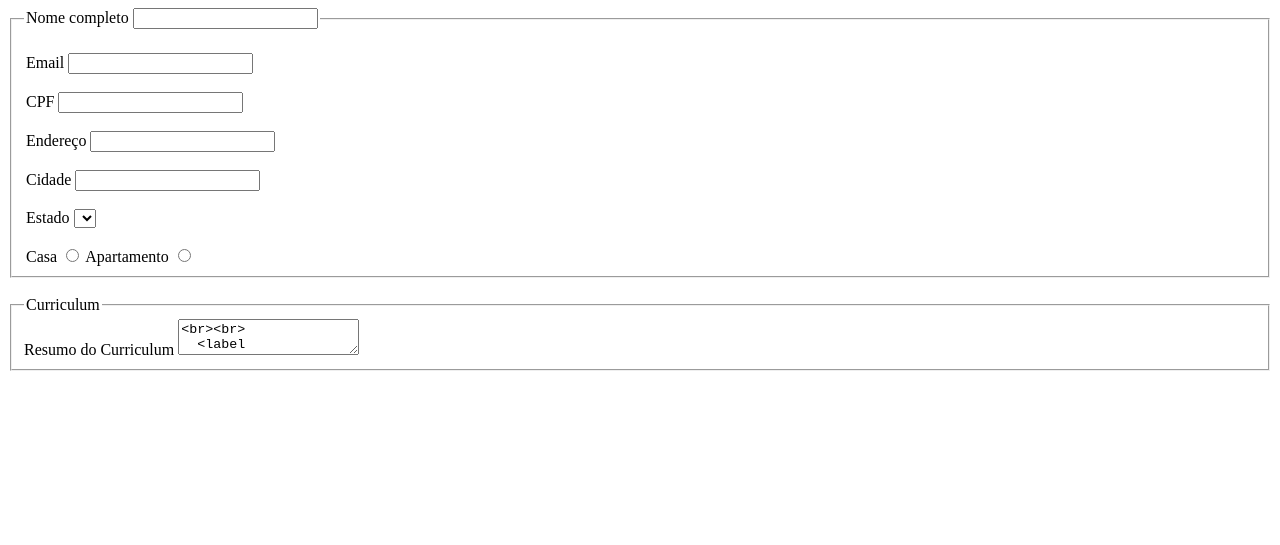
Repository: Parker9309/-trybe-exercises
Page: exercises/exercises-bloco6/html-e-css-forms-flexbox-e-responsivo_1/index.html
These files come from the project's save history. The page is drawn as it stood at one moment and after the next save; the edit follows.
The browser window is 1280 px wide. The pictures show the whole page.

Above is the page before, as saved 2021-03-16 20:18:30.

### exercises/exercises-bloco6/html-e-css-forms-flexbox-e-responsivo_1/index.html
<!DOCTYPE html>
<html lang="pt-br">
<head>
  <meta charset="UTF-8">
  <meta http-equiv="X-UA-Compatible" content="IE=edge">
  <meta name="viewport" content="width=device-width, initial-scale=1.0">
  <title>Document</title>
</head>
<body>
  <form>
    <div id="forms">
    <fieldset>
      <legend>
        <label form="nome"> Nome completo
          <input type = "text" name="nome" id="nome" maxlength="40" required>
        </label>
      </legend>

  <br>

    <legend>
      <label form="mail"> Email
        <input type = "text" name="nome" id="mail" maxlength="50" required>
      </label>
    </legend>

  <br>

    <legend>
      <label form="cpf"> CPF
        <input type = "text" name="nome" id="cpf" maxlength="11" required>
      </label>
    </legend>

<br>

  <legend>
    <label form="nome"> Endereço
      <input type = "text" name="nome" id="endereço" maxlength="200" required>
    </label>
  </legend>

<br>

  <legend>
    <label form="nome"> Cidade
      <input type = "text" name="nome" id="city" maxlength="28" required>
    </label>
  </legend>

<br>

  <legend>
    <label form="nome"> Estado
      <select name="nome" id="estados" required>
    </label>
  </legend>

<br>

  <legend>
    <label form="nome"> Estado
      <select name="nome" id="estados" required>
    </label>
  </legend>

<br>

  <legend>
      <label form="nome">Casa</label>
      <input type="radio" name="nome" id="Moradia" required>
      <label form="nome">Apartamento</label>
      <input type="radio" name="nome" id="Moradia" required>
  </legend>
</fieldset>
<br>
<fieldset>
  <legend>Curriculum</legend>
  <label for="fname">Resumo do Curriculum</label>
  <textarea type="text" id="fname" name="fname"><br><br>
  <label for="lname">Last name:</label>
  <input type="text" id="lname" name="lname"><br><br>
  <label for="email">Email:</label>
  <input type="email" id="email" name="email"><br><br>
  <label for="birthday">Birthday:</label>
  <input type="date" id="birthday" name="birthday"><br><br>
  <input type="submit" value="Submit">
</fieldset>
</div>
</form>
<script src = "script.js"></script>
</body>
</html>

### exercises/exercises-bloco6/html-e-css-forms-flexbox-e-responsivo_1/script.js
let opcoes = document.getElementById('estados');
function criarOpcoes() {
  let estadosBr = ['AC', 'AL', 'AP','AM', 'BA','CE', 'DF',
  'ES', 'GO', 'MA', 'MT', 'MS', 'MG', 'PA', 'PB', 'PR','PE', 'PI', 'RJ', 'RN', 'RS', 'RO', 'RR', 'SC', 'SP', 'SE', 'TO'];
  for (let stateIndex = 0; stateIndex < estadosBr.length; stateIndex += 1) {
    let opcao = document.createElement('option');
    opcao.value = estadosBr[stateIndex].toLowerCase();
    opcao.id = 'estados';
    opcao.innerHTML = estadosBr[stateIndex];
    opcoes.appendChild(opcao);
  }
}
criarOpcoes()

After the next save:
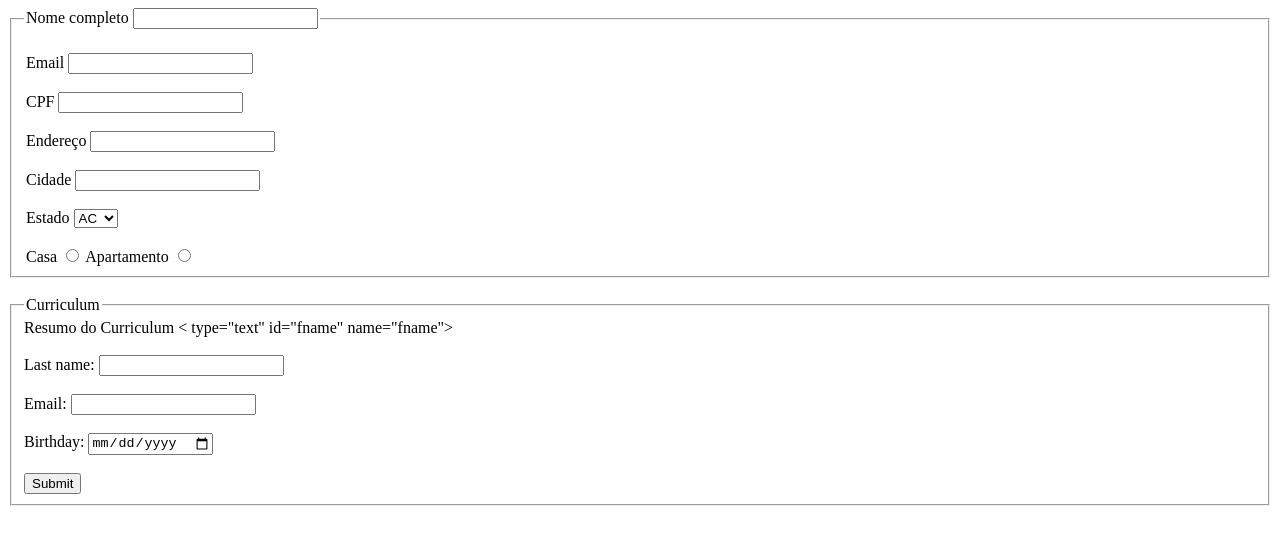
Saved 17 s later.
--- a/exercises/exercises-bloco6/html-e-css-forms-flexbox-e-responsivo_1/index.html
+++ b/exercises/exercises-bloco6/html-e-css-forms-flexbox-e-responsivo_1/index.html
@@ -77,7 +77,7 @@
 <fieldset>
   <legend>Curriculum</legend>
   <label for="fname">Resumo do Curriculum</label>
-  <textarea type="text" id="fname" name="fname"><br><br>
+  < type="text" id="fname" name="fname"><br><br>
   <label for="lname">Last name:</label>
   <input type="text" id="lname" name="lname"><br><br>
   <label for="email">Email:</label>

After the save that followed:
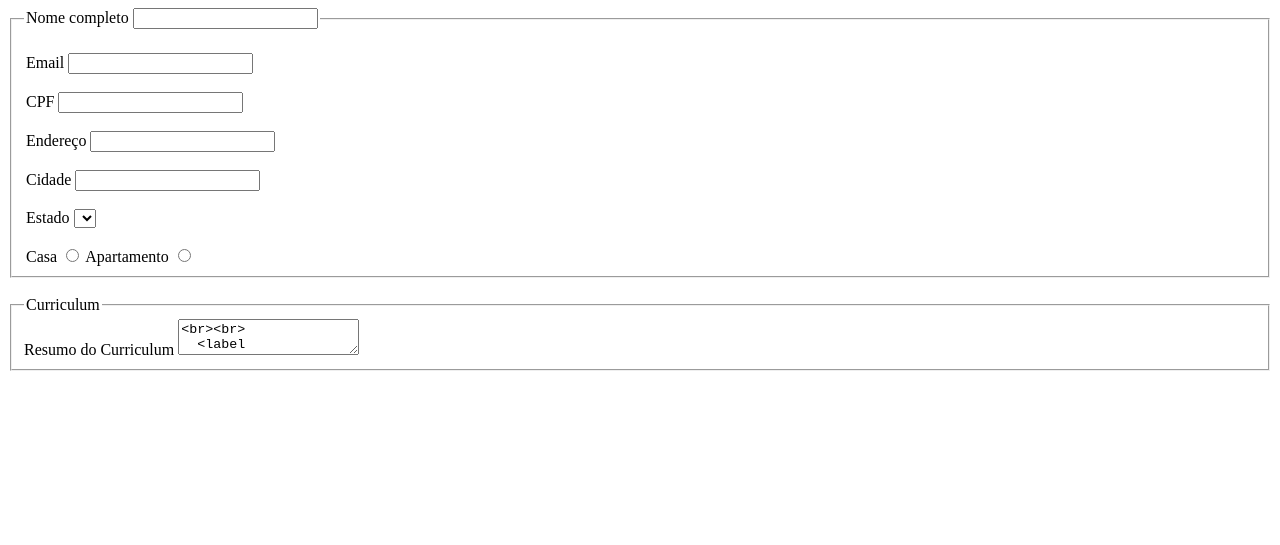
Saved 12 s later.
--- a/exercises/exercises-bloco6/html-e-css-forms-flexbox-e-responsivo_1/index.html
+++ b/exercises/exercises-bloco6/html-e-css-forms-flexbox-e-responsivo_1/index.html
@@ -77,7 +77,7 @@
 <fieldset>
   <legend>Curriculum</legend>
   <label for="fname">Resumo do Curriculum</label>
-  < type="text" id="fname" name="fname"><br><br>
+  <textarea type="text" id="fname" name="fname"><br><br>
   <label for="lname">Last name:</label>
   <input type="text" id="lname" name="lname"><br><br>
   <label for="email">Email:</label>
